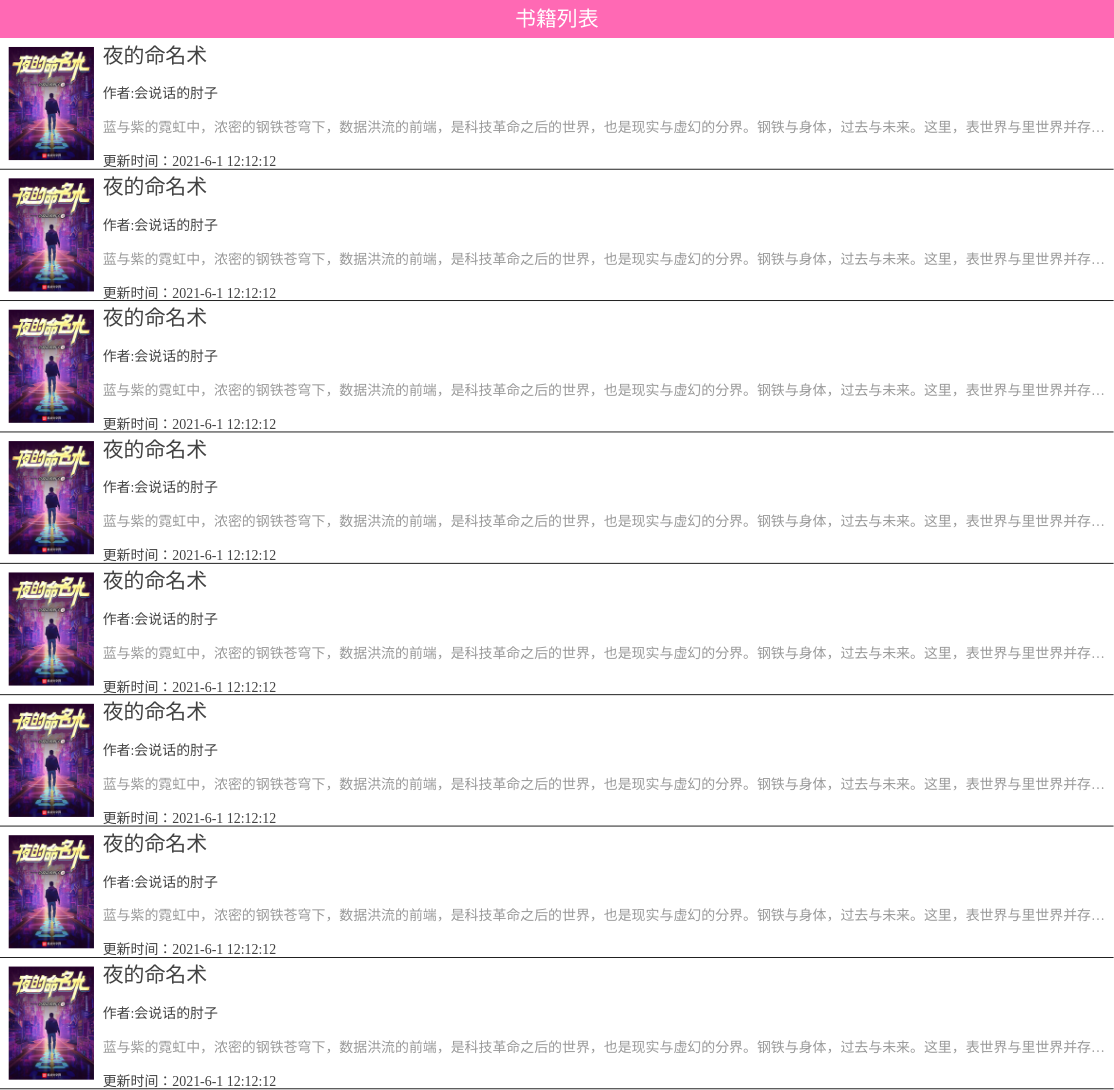
Repository: razzh7/javascript-demo
Page: 自动阅读插件/index.html
An editor plug-in stored every save of this project. The page is shown before and after the next save, followed by the edit.
The browser window is 1280 px wide. The pictures show the whole page, at 87% of full size.

Above is the page before, as saved 2021-06-29 19:47:58.

After the next save:
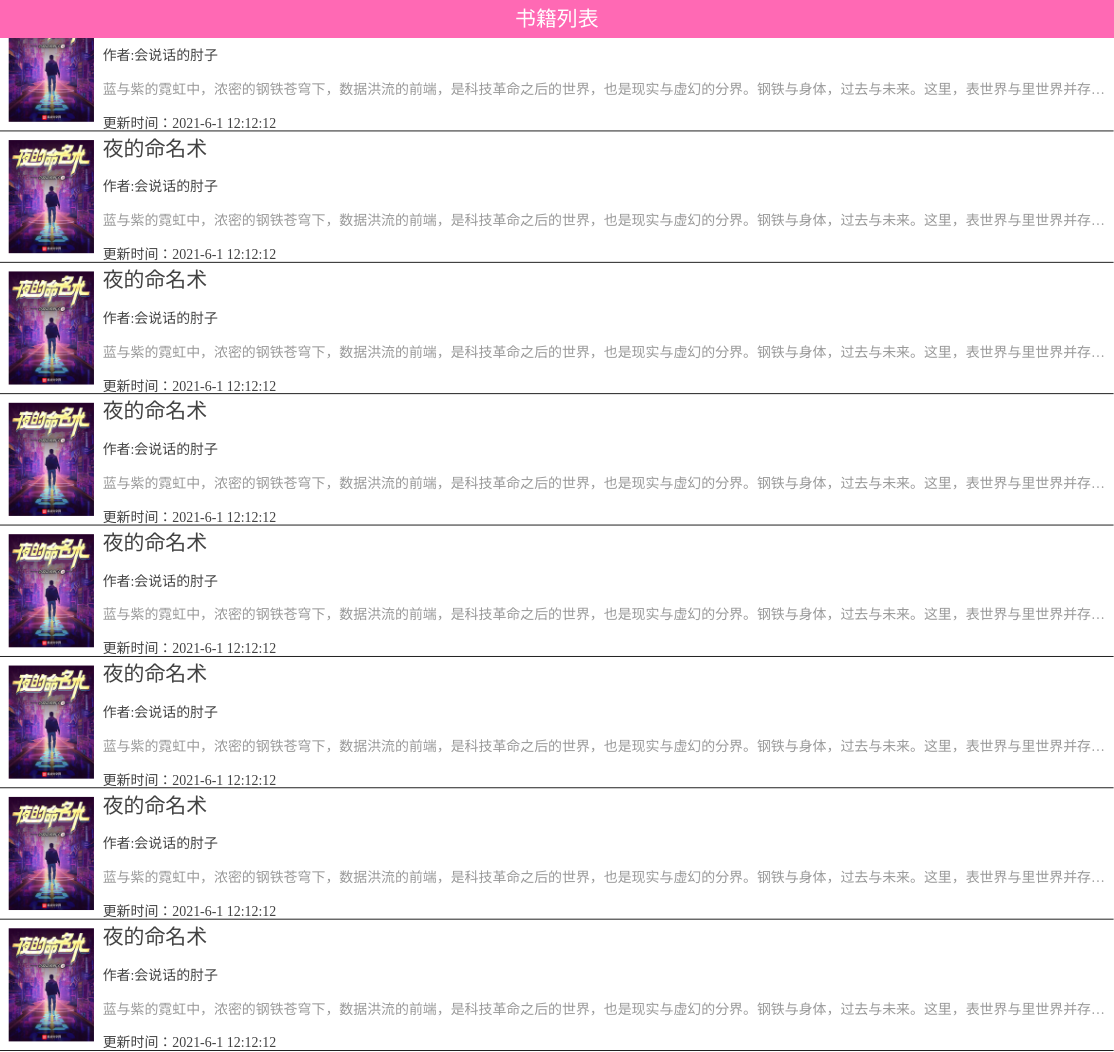
Saved 106 s later.
--- a/自动阅读插件/css/index.css
+++ b/自动阅读插件/css/index.css
@@ -18,9 +18,6 @@ white-space: nowrap */
 /* 需要写博客的问题 */
 /* 1、企业级两栏布局 */
 /* 2、企业级图片自适应盒子大小 */
-.container {
-  margin-top: 44px;
-}
 .container .list-item {
   height: 150px;
   border-bottom: 1px solid #000;
